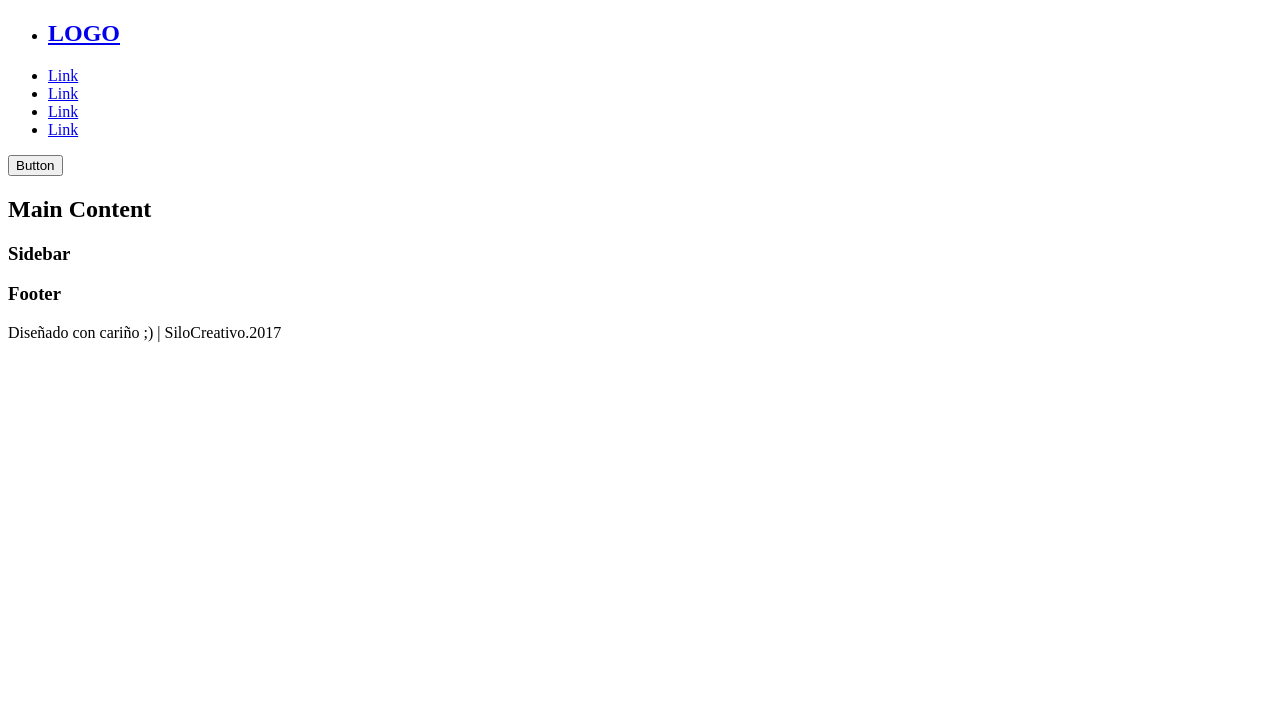
Repository: roge64/htmlfrontend
Page: index2.html
An editor plug-in stored every save of this project. The page is shown before and after the next save, followed by the edit.
The browser window is 1280 px wide. The pictures show the whole page.

Above is the page before, as saved 2022-03-02 15:40:56.

After the next save:
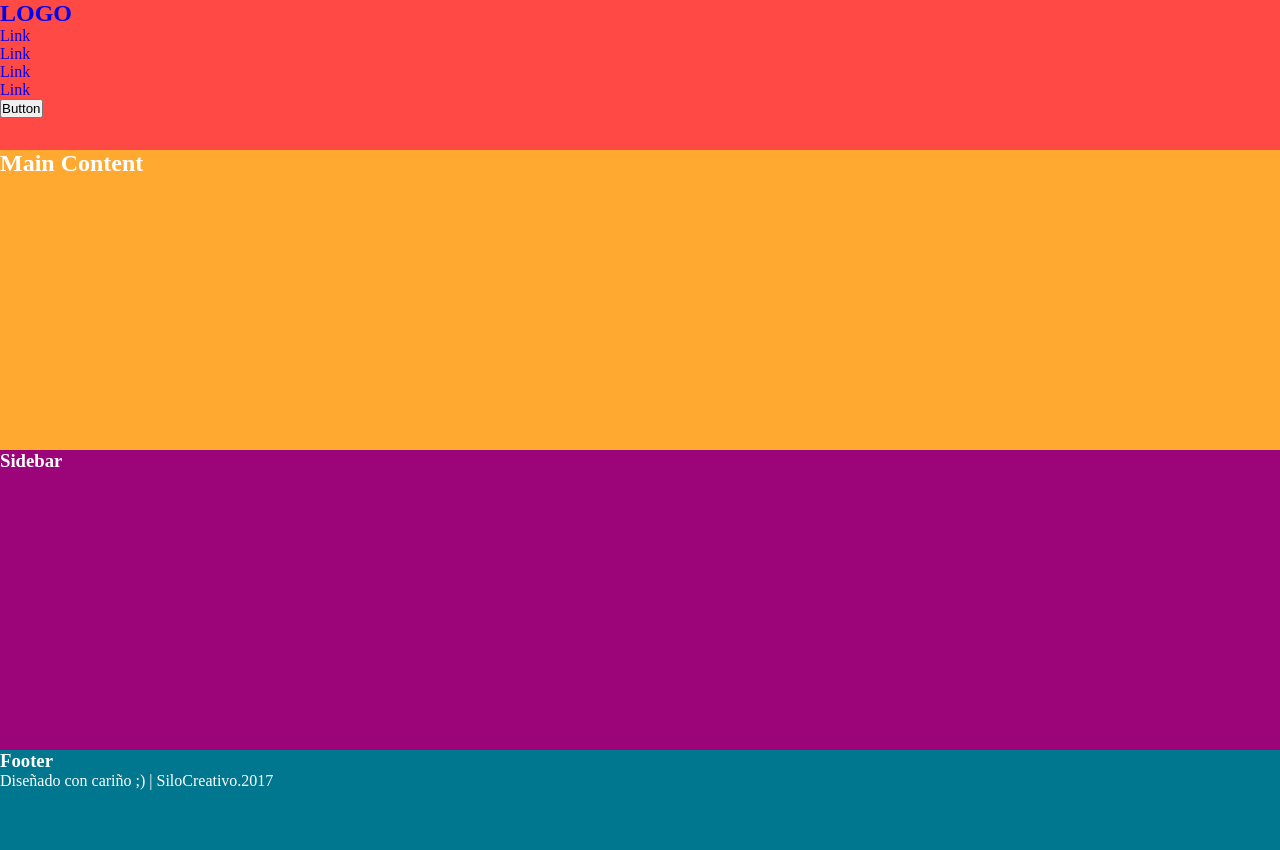
Saved 66 s later.
--- a/index2.html
+++ b/index2.html
@@ -5,6 +5,7 @@
     <meta http-equiv="X-UA-Compatible" content="IE=edge">
     <meta name="viewport" content="width=device-width, initial-scale=1.0">
     <title>Document</title>
+    <link rel="stylesheet" href="estilos/estilos2.css">
 </head>
 <body>
 
